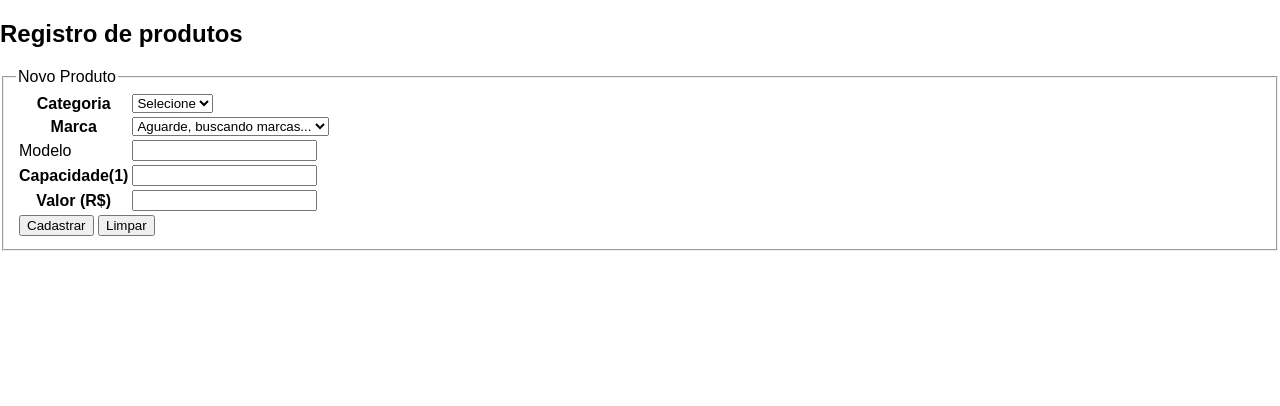
Repository: gabrielSBorges/trilha-backend
Page: coldigoGeladeiras/WebContent/pages/admin/product/index.html
These files come from the project's save history. The page is drawn as it stood at one moment and after the next save; the edit follows.
The browser window is 1280 px wide. The pictures show the whole page.

Above is the page before, as saved 2019-12-07 16:22:34.
Console error: ReferenceError: COLDIGO is not defined

After the next save:
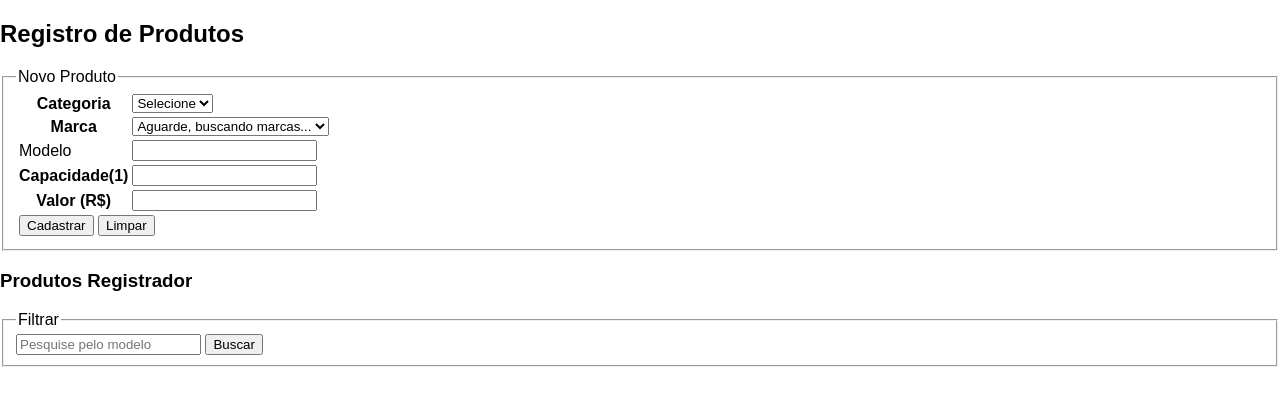
Saved 78 s later.
--- a/coldigoGeladeiras/WebContent/pages/admin/product/index.html
+++ b/coldigoGeladeiras/WebContent/pages/admin/product/index.html
@@ -14,8 +14,7 @@
 <body>
     <script src="/coldigoGeladeiras/js/product.js"></script>
 
-    <h2>Registro de produtos</h2>
-
+    <h2>Registro de Produtos</h2>
     <form name="frmAddProduto" id="addProduto" class="frmInserir">
         <fieldset>
             <legend>Novo Produto</legend>
@@ -33,7 +32,7 @@
                 <tr>
                     <th>Marca</th>
                     <td>
-                        <select name="marcaId" id="selMarca">
+                        <select name="marcas_id" id="marcas_id">
                             <option value="" class="buscando">Aguarde, buscando marcas...</option>
                         </select>
                     </td>
@@ -65,5 +64,16 @@
             </table>
         </fieldset>
     </form>
+
+    <h3>Produtos Registrador</h3>
+    <form id="filtraProduto" class="frmFiltrar">
+        <fieldset>
+            <legend>Filtrar</legend>
+            <input type="text" name="txtBusca" id="campoBuscaProduto" placeholder="Pesquise pelo modelo">
+            <button type="button">Buscar</button>
+        </fieldset>
+    </form>
+
+    <div id="listaProdutos" class="listaRegistros"></div>
 </body>
 </html>
